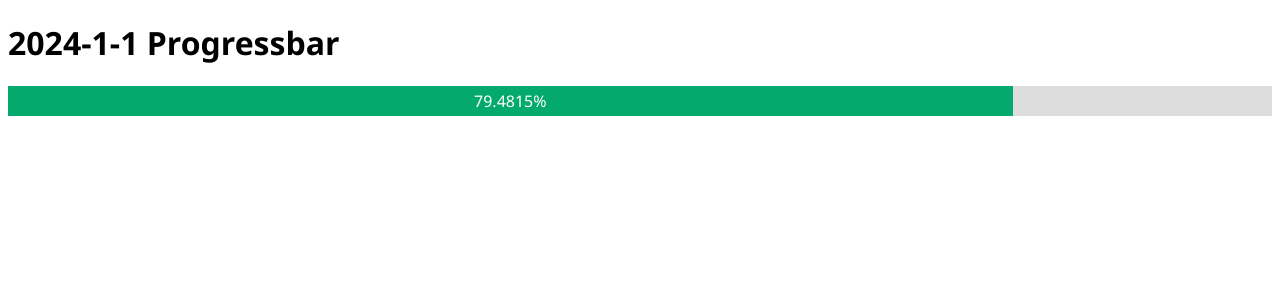
Repository: end888160/end888160.github.io
Page: progress_today.html
These files come from the project's save history. The page is drawn as it stood at one moment and after the next save; the edit follows.
The browser window is 1280 px wide. The pictures show the whole page.

Above is the page before, as saved 2024-09-21 22:30:40.

### progress_today.html
<!DOCTYPE html>
<html>
<style>
	html {
		font-family: 'Segoe UI', Tahoma, Geneva, Verdana, sans-serif;
	}
#countDownProgress {
  width: 100%;
  background-color: #ddd;
}

#countDownBar {
  width: 10%;
  height: 30px;
  background-color: #04AA6D;
  text-align: center;
  line-height: 30px;
  color: white;
}
</style>
<body>

<h1 id="caption"></h1>

<div id="countDownProgress">
  <div id="countDownBar"></div>
</div>

<br>

<script>
	var i=0
function progress() {
	var countDownTarget = new Date().getFullYear() + 1;
  if (i == 0) {
    i = 1;
    var elem = document.getElementById("countDownBar");
    var width = 0;
    function frame() {
      if (((new Date().getTime() - new Date("Jan 1, " + ( countDownTarget - 1) + " 00:00:00")) / ( new Date("Jan 1, " + countDownTarget + " 00:00:00").getTime() - new Date("Jan 1, " + ( countDownTarget - 1) + " 00:00:00")) * 100).toFixed(8) >= 100) {
        clearInterval(id);
        i = 0;
      } else {
        elem.style.width = ((new Date().getHours() * 3600000 + new Date().getMinutes() * 6000 + new Date().getSeconds() * 1000 + new Date().getMilliseconds()) / 864000).toFixed(4) + "%";
        elem.innerHTML = ((new Date().getHours() * 3600000 + new Date().getMinutes() * 6000 + new Date().getSeconds() * 1000 + new Date().getMilliseconds()) / 864000).toFixed(4)  + "%";
      }
    }
	setInterval(frame, 50);
	document.getElementById("caption").innerHTML = new Date().getFullYear() + "-" + (new Date().getMonth()+1) + "-" + new Date().getDate() + " Progressbar";
  }

}
function count() {
	progress();
	setTimeout(count, 1)
}

count()
</script>

</body>
</html>

After the next save:
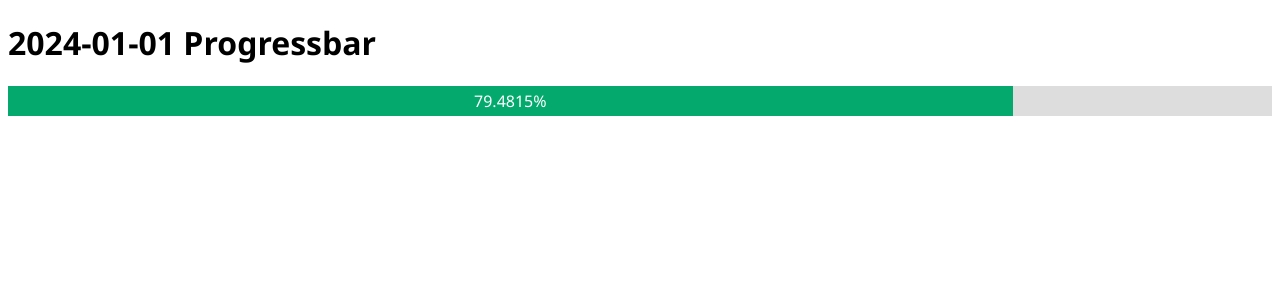
Saved 90 s later.
--- a/progress_today.html
+++ b/progress_today.html
@@ -46,7 +46,7 @@ function progress() {
       }
     }
 	setInterval(frame, 50);
-	document.getElementById("caption").innerHTML = new Date().getFullYear() + "-" + (new Date().getMonth()+1) + "-" + new Date().getDate() + " Progressbar";
+	document.getElementById("caption").innerHTML = new Date().getFullYear() + "-" + ((new Date().getMonth()+1) < 10 ? "0" + (new Date().getMonth()+1) : (new Date().getMonth()+1)) + "-" + (new Date().getDate() < 10 ? "0" + new Date().getDate() : new Date().getDate()) + " Progressbar";
   }
 
 }
